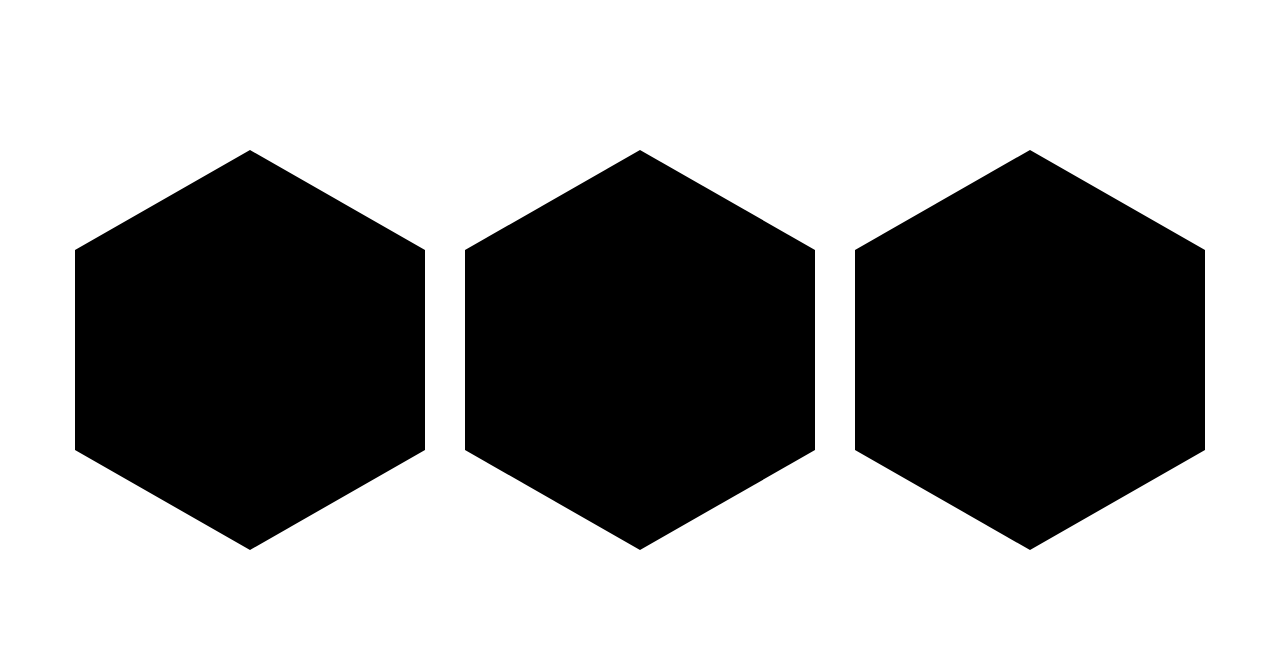
Repository: honghyunAhn/DailyFront
Page: Day210211_CSS_Hexagon_Div_Hover_Effects/index.html
These files come from the project's save history. The page is drawn as it stood at one moment and after the next save; the edit follows.
The browser window is 1280 px wide. The pictures show the whole page.

Above is the page before, as saved 2021-02-11 18:41:23.

### Day210211_CSS_Hexagon_Div_Hover_Effects/index.html
<!DOCTYPE html>
<html lang="en">
<head>
    <meta charset="UTF-8">
    <meta http-equiv="X-UA-Compatible" content="IE=edge">
    <meta name="viewport" content="width=device-width, initial-scale=1.0">
    <title>CSS Hexagon Div Hover Effects</title>
    <link rel="stylesheet" href="style.css">
</head>
<body>
    <div class="container">
        <div class="hexagon">
            <div class="shape"></div>
        </div>
        <div class="hexagon">
            <div class="shape"></div>
        </div>
        <div class="hexagon">
            <div class="shape"></div>
        </div>
    </div>
</body>
</html>

### Day210211_CSS_Hexagon_Div_Hover_Effects/style.css
@import url("https://fonts.googleapis.com/css?family=Poppins:200,300,400,500,600,700,800,900&display=swap");
* {
  margin: 0;
  padding: 0;
  box-sizing: border-box;
  font-family: "Poppins" sans-serif;
}
body {
  display: flex;
  justify-content: center;
  align-items: center;
  min-height: 100vh;
}
.container {
  position: relative;
  display: flex;
  justify-content: center;
  align-items: center;
  flex-wrap: wrap;
}
.container .hexagon {
  position: relative;
  width: 350px;
  height: 400px;
  margin: 50px 20px 70px;
}
.container .hexagon::before {
  content: "";
}
.container .hexagon .shape {
  position: absolute;
  top: 0;
  left: 0;
  width: 100%;
  height: 100%;
  background: #000;
  clip-path: polygon(0 25%, 50% 0, 100% 25%, 100% 75%, 50% 100%, 0 75%);
}

After the next save:
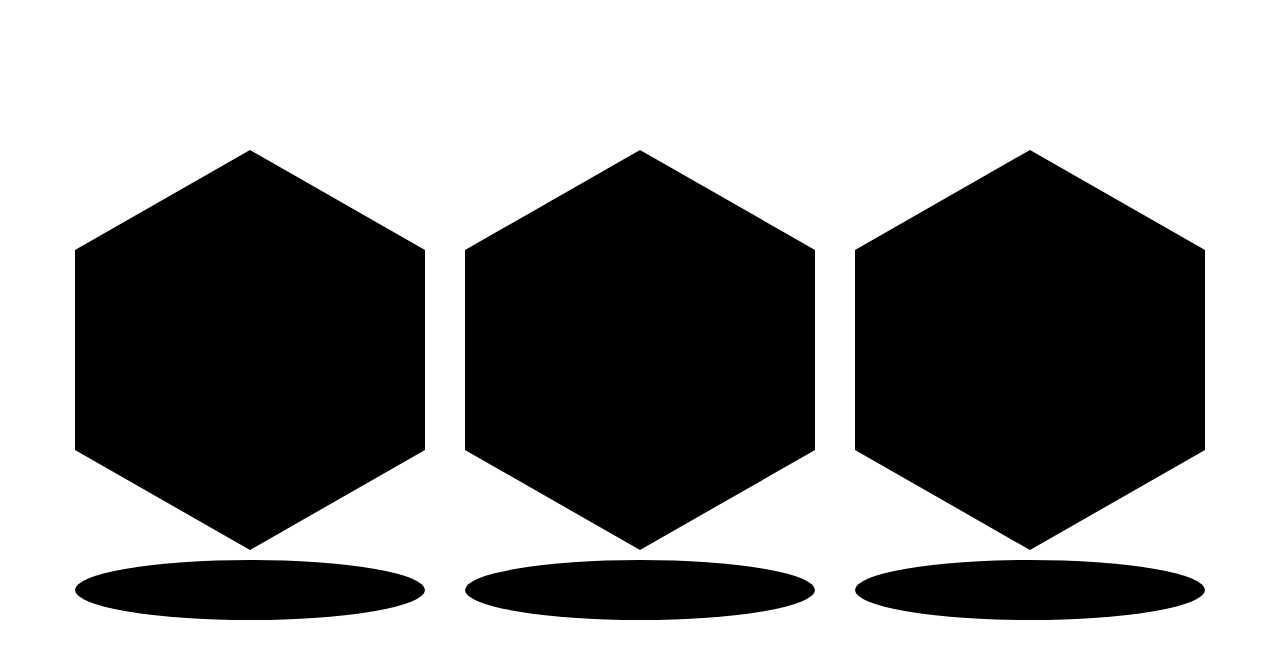
Saved 77 s later.
--- a/Day210211_CSS_Hexagon_Div_Hover_Effects/style.css
+++ b/Day210211_CSS_Hexagon_Div_Hover_Effects/style.css
@@ -26,6 +26,13 @@ body {
 }
 .container .hexagon::before {
   content: "";
+  position: absolute;
+  bottom: -70px;
+  width: 100%;
+  height: 60px;
+  background: #000;
+  border-radius: 50%;
+  transition: 0.5s;
 }
 .container .hexagon .shape {
   position: absolute;
